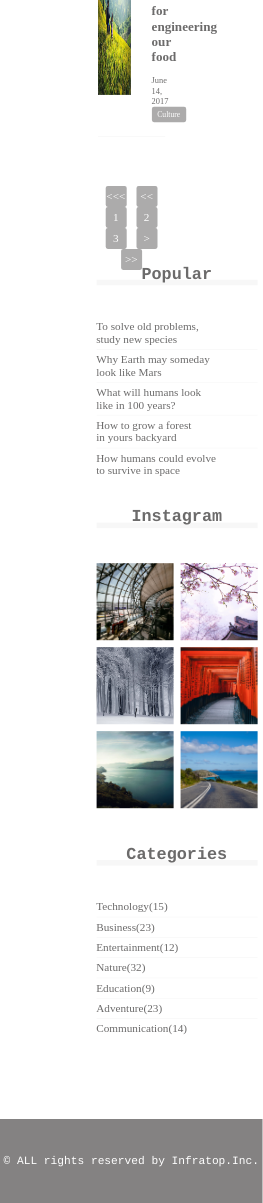
Repository: sweetyk0168/git-kadai3
Page: caravan/index.html
The author's editor kept a record of every edit. The page is drawn from the files as they stood at one moment, then again after the next edit.
The browser window is 375 px wide. The pictures show the part of the page from y = 1762 to 4002 px (the page is 3480 px tall before and 4002 px after), at 70% of full size.
Some web libraries are served in a nearby version.

Above is the page before.

### caravan/index.html
<!DOCTYPE html>
<html lang="ja">
  <head>
    <meta charset="UTF-8" />
    <meta name="viewport" content="width=device-width,initial-scale=1.0">
    <script src="https://kit.fontawesome.com/51edd661f7.js" crossorigin="anonymous"></script>
    <link rel="stylesheet" href="style.css" />
    <title>CARAVAN</title>
  </head>

  <body>
    <!-- header -->
    <!--<div class="header">-->
    <header>
      <h1 class="heading">
        <a href="index.html">
          CARAVAN
        </a>
      </h1>
      <div class="social">
        <i class="fa-brands fa-square-facebook"></i>
        <i class="fa-brands fa-square-twitter"></i>
        <i class="fa-brands fa-instagram"></i>
      </div>
    </header>
    <!--</div> -->

    <!-- navigation -->
    <nav>
      <ul class="navi-list">
          <li class="navi-list-item">
            <a href="index.html">Home</a>
          </li>
          <li class="navi-list-item">About</li>
          <li class="navi-list-item">Topic</li>
      </ul>
    </nav>
    <!-- main-visual用のdiv -->
    <div class="main-visual">
      <div class="main-visual-content">
        <!-- pタグ（と文字）を追加-->
        <p class="main-visual-text">
          The world is a book<br />
          and those who do not travel<br />
          read only one page.
        </p>
        <p class="main-visual-name">
          St. Augustine
        </p>
      </div>
    </div>

    <!-- main用のdiv -->
    <main>
        <!--<div class="sidebar-right"></div>-->
        <section class="blog">
        <h2 class="blog-heading">Recent Blogs</h2>
          <div class="blog-box">
          <div class="blog-item">
              <img class="blog-image" src="img/forest.jpg" />
              <section class="blog-text">
                <h3 class="blog-text-heading">
                  <a href="single.html">
                    Hopeful lessons from<br />
                    the battle to save<br />
                    rainforests
                  </a>
                </h3>
                <p class="blog-date">June 19, 2017</p>
                <span class="category">Nature</span>
              </section>
            </div>
            <div class="blog-item">
              <img class="blog-image" src="img/desert.jpg" />
              <section class="blog-text">
                  <h3 class="blog-text-heading">
                    <a href="single.html">
                      How to fight<br />
                      desertification and<br />
                      reverse climate change
                    </a>
                  </h3>
                  <p class="blog-date">June 17, 2017</p>
                  <span class="category">Nature</span>
              </section>
            </div>
            <div class="blog-item">
              <img class="blog-image" src="img/sunset.jpg" />
              <section class="blog-text">
                  <h3 class="blog-text-heading">
                    <a href="single.html">
                      Why I'm rowing<br />
                      across the Pacific
                    </a>
                  </h3>
                  <p class="blog-date">June 16, 2017</p>
                  <span class="category">Adventure</span>
              </section>
            </div>
            <div class="blog-item">
              <img class="blog-image" src="img/italy.jpg" />
              <section class="blog-text">
                  <h3 class="blog-text-heading">
                    <a href="single.html">
                      Unseen footage,<br />
                      untamed nature
                    </a>
                  </h3>
                  <p class="blog-date">June 15, 2017</p>
                  <span class="category">Nature</span>
              </section>
            </div>
            <div class="blog-item">
              <img class="blog-image" src="img/asia.jpg" />
              <section class="blog-text">
                  <h3 class="blog-text-heading">
                    <a href="single.html">
                      The case for<br />
                      engineering our food
                    </a>
                  </h3>
                  <p class="blog-date">June 14, 2017</p>
                  <span class="category">Culture</span>
              </section>
            </div>
          </div>
          <div class="pagination">
            <p><<<</p>
            <p><<</p>
            <p>1</p>
            <p>2</p>
            <p>3</p>
            <p>></p>
            <p>>></p>
          </div>
        </section>
        <div class="sidebar">
          <section class="popular">
            <h2 class="sidebar-heading common-heading">Popular</h2>
            <div class="sidebar-contents">
              <p class="popular-text">
                To solve old problems,<br />study new species
              </p>
              <p class="popular-text">
                Why Earth may someday<br />look like Mars
              </p>
              <p class="popular-text">
                What will humans look<br />like in 100 years?
              </p>
              <p class="popular-text">
                How to grow a forest<br />in yours backyard
              </p>
              <p class="popular-text">
                How humans could evolve<br />to survive in space
              </p>
            </div>
          </section>
          <section class="instagram">
            <h2 class="instagram-heading common-heading">Instagram</h2>
            <div class="sidebar-contents">
              <div class="instagram-box"></div>
              <div class="instagram-box"></div>
              <div class="instagram-box"></div>
              <div class="instagram-box"></div>
              <div class="instagram-box"></div>
              <div class="instagram-box"></div>
            </div>
          </section>
          <section class="categories">
            <h2 class="categories-heading common-heading">Categories</h2>
            <div class="sidebar-contents">
              <div class="categories-text">Technology(15)</div>
              <div class="categories-text">Business(23)</div>
              <div class="categories-text">Entertainment(12)</div>
              <div class="categories-text">Nature(32)</div>
              <div class="categories-text">Education(9)</div>
              <div class="categories-text">Adventure(23)</div>
              <div class="categories-text">Communication(14)</div>
            </div>
          </section>
        </div>
    </main>

    <!-- footer用のdiv -->
    <footer>
      <p class="footer-text">© ALL rights reserved by Infratop.Inc.</p>
    </footer>
  </body>
</html>

### caravan/style.css
/* ブラウザがそれぞれ持っているCSSをリセットするための記述 */
* {
  margin: 0;
  padding: 0;
  box-sizing: border-box;
  color: #6c6b6b;
}

a {
  text-decoration: none;
}

header, nav, h2, .main-visual, footer {
  font-family: Chalkduster, "Bradley Hand", Courier, "Segoe Print", sans-serif;
}

header {
  width: 90%; /* 横幅いっぱい */
  padding: 15px 0;
  margin: 0 auto;
  text-align: center;
  position: relative;
}

.social i {
  display: inline-block;
  margin-left: 20px;
}

.social {
  position: absolute;
  top: 22px;
  right: 22px;
}

header .heading {
  /* headerタグ内のheadingクラスにのみ反映される*/
 font-size: 32px;
}

.navi-list {
  text-align: center;
  padding: 10px 0;
  margin: 0 auto;
}

.navi-list-item {
  list-style: none;
  display: inline-block;
  margin: 0 20px;
}

.main-visual {
  width: 100%; /* 横幅いっぱい */
  height: 300px; /* 高さ300px */
  background-image: url(img/mv.jpg);
  background-size: cover;
  background-position: center;
}

.main-visual-content {
  width: 40%;
  height: 300px;
  background-color: rgba(0, 0, 0, 0.5); /*背景色を半透明の黒にする*/
  text-align: center; /* 文字を中央揃えにする*/
  padding-top: 105px; /* 上側の内側余白で垂直方向の位置を調整*/
}

.main-visual-text {
  color: #fff; /*文字色を城に変更*/
}

.main-visual-name {
  margin-top: 30px; /*上側の外側の余白*/
  color: #fff; /*文字色を白に変更*/
}

main {
  width: 800px; /* 横幅840px */
  display: flex; /* Flexboxの利用 */
  justify-content: center; /* 子要素の横並び・中央寄せ */
  margin: 0 auto; /* 中央寄せ（左右に余白がないとできない） */
  padding: 70px 0; /* 上下に70px 左右に0pxの内側余白*/
}

.blog {
  width: 540px;
  margin-right: 30px; /*領域の右側余白*/
}

.blog-heading {
  border-bottom: 8px solid #f7f7f7;
  text-align: center;
  line-height: 0.6;
}

.blog-box {
  padding-top: 50px;
}

.blog-item {
  padding-bottom: 20px;
  margin-bottom: 20px;
  border-bottom: 1px solid #f7f7f7;
  display: flex;
  justify-content: flex-start;
}

.blog-image {
  height: 180px;
}

.blog-text {
  padding: 25px 0 0 30px;
}

.blog-text-heading {
  padding-bottom: 15px;
}

.blog-date {
  font-size: 12px;
  display: inline-block;
}

.category {
  display: inline-block;
  padding: 5px 8px;
  background-color: #acabab;
  border-radius: 3px;
  color: #fff;
  font-size: 11px;
}

.pagination {
  text-align: center;
  padding-top: 50px;
}

.pagination p {
  display: inline-block;
  width: 30px;
  height: 30px;
  margin: 0 5px;
  color: #fff;
  background-color: #acabab;
  border-radius: 3px;
  line-height: 30px;
}
.sidebar {
  width: 230px;
}

.common-heading {
  border-bottom: 8px solid #f7f7f7;
  text-align: center;
  line-height: 0.6;
}

.sidebar-contents {
  padding: 50px 0;
}

.popular-text,
.categories-text {
  padding-bottom: 5px;
  border-bottom: 1px solid #f7f7f7;
  margin-bottom: 5px;
}

.popular-text:last-child,
.categories-text:last-child {
  margin: 0;
  padding: 0;
  border: none;
}

.instagram .sidebar-contents {
  display: flex;
  flex-wrap: wrap;
}

.instagram-box {
  width: 110px;
  padding-top: 110px;
  background-size: cover;
  background-position: center;
  margin-bottom: 10px;
}

.instagram-box:nth-child(odd) {
  margin-right: 10px;
}

.instagram-box:nth-child(1) {
  background-image: url(img/airport.jpg);
}

.instagram-box:nth-child(2) {
  background-image: url(img/japan.jpg);
}

.instagram-box:nth-child(3) {
  background-image: url(img/snow.jpg);
}

.instagram-box:nth-child(4) {
  background-image: url(img/japan2.jpg);
}

.instagram-box:nth-child(5) {
  background-image: url(img/lake.jpg);
}

.instagram-box:nth-child(6) {
  background-image: url(img/road.jpg);
}


footer {
  width: 100%; /* 横幅いっぱい */
  height: 120px; /* 高さ100px */
  text-align: center;
  line-height: 120px;
  background-color: #848282; /* 背景色blue */
}

.footer-text {
  color: #fff;
}

@media screen and (max-width: 425px) {
  header {
    width: 100px;
  }

  .navi-list {
    width: 100px;
  }

  .navi-list-item {
    width: 100px;
    margin: 0 0 10px 0;
  }

  .social {
    display: none;
  }

  .main-visual-content {
    width: 100px;
  }

  main {
    width: 100px;
    display: block;
  }

  .blog {
    width: 100px;
    display: block;
  }

  .blog-box {
    padding-left :2%;
    padding-right: 2%;
  }


  .blog-image {
    width: 49%;
  }

  .blog-text {
    width: 49%;
    padding-top: 5px;
  }










}

After the next edit:
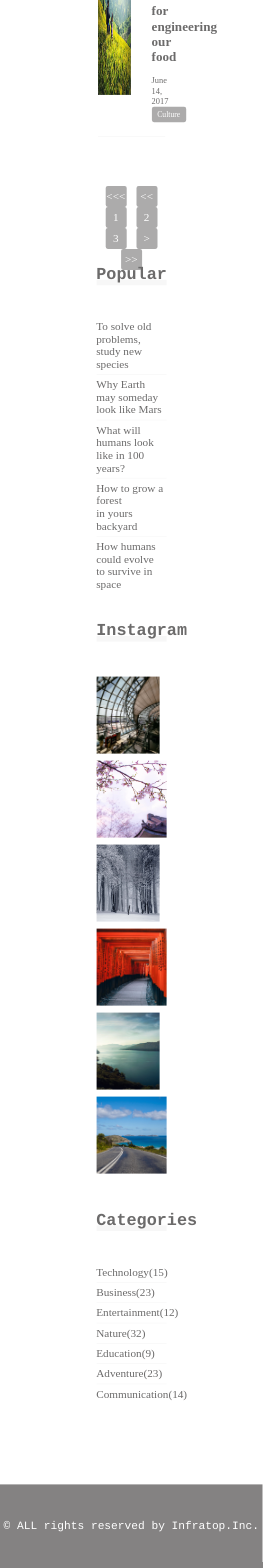
The edit:
--- a/caravan/style.css
+++ b/caravan/style.css
@@ -276,13 +276,22 @@
     padding-top: 5px;
   }
 
-
-
-
-
-
-
-
-
-
-}
+  .sidebar {
+    width: 100%;
+  }
+
+  .sidebar-congents {
+    padding-left: 3%;
+    padding-right: 4%;
+  }
+
+
+
+
+
+
+
+
+
+
+}
